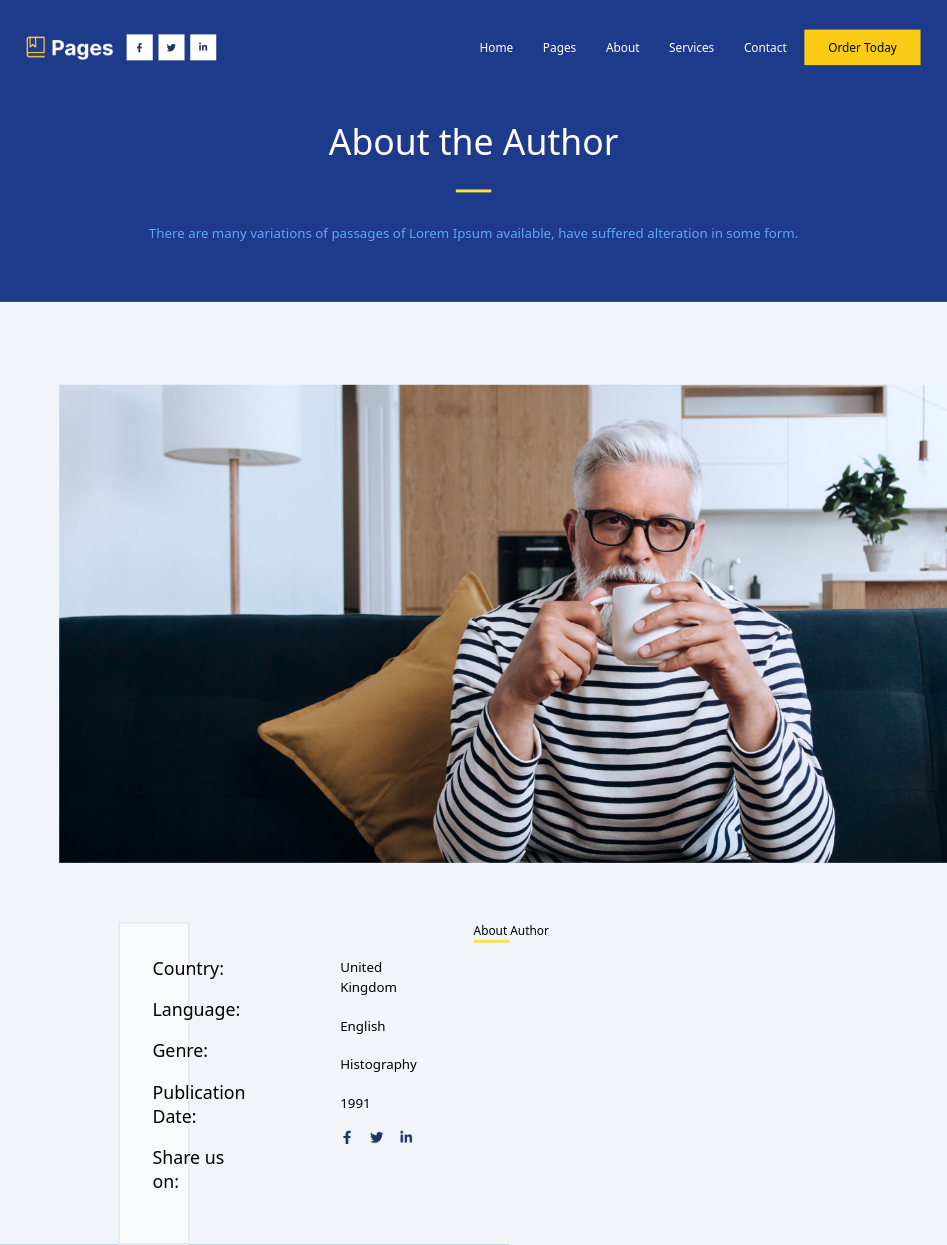
Repository: Godnorg/Class3
Page: index.html
An editor plug-in stored every save of this project. The page is shown before and after the next save, followed by the edit.
The browser window is 1280 px wide. The pictures show the whole page, at 74% of full size.
Some web libraries are served in a nearby version.

Above is the page before, as saved 2023-02-20 01:55:52.

After the next save:
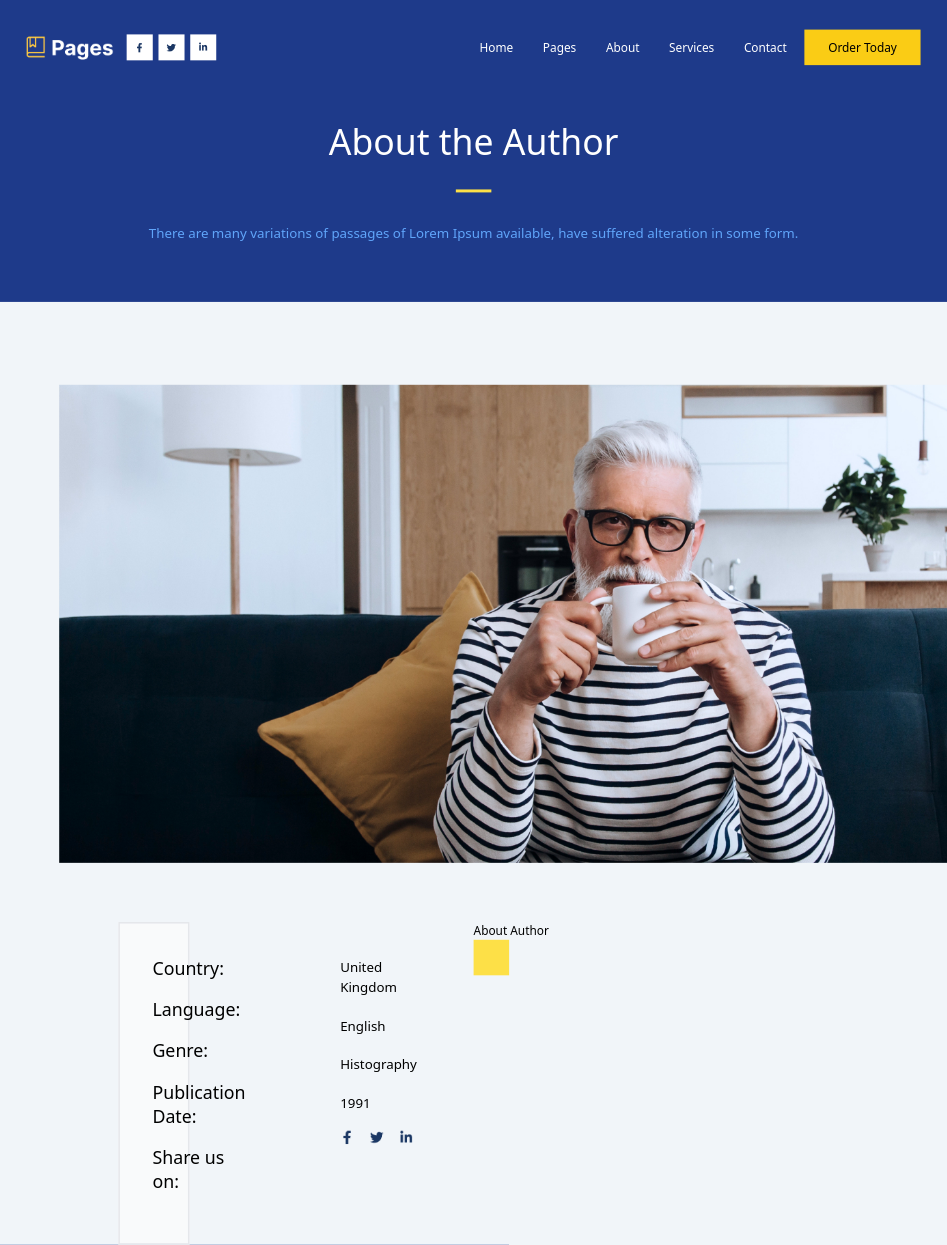
Saved 46 s later.
--- a/index.html
+++ b/index.html
@@ -57,7 +57,7 @@
         <div class="">
           <h1>About Author</h1>
           <div
-            class="w-12 h-1 bg-yellow-300 pt- ">
+            class="w-12 h-1 py-6 bg-yellow-300 ">
         </div>
         </div>
     </div>
